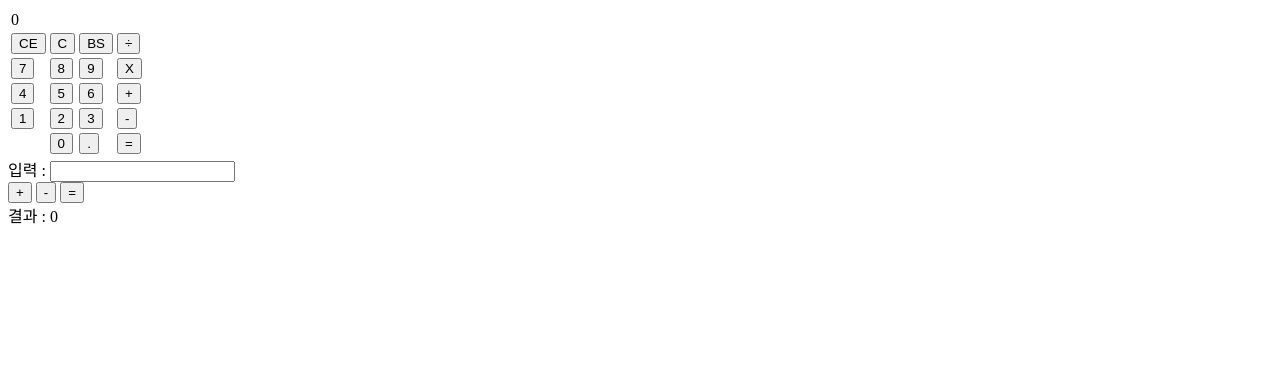
Repository: SongYG77/JSP-Servlet-practice
Page: JSPPrj/WebContent/calc2.html
An editor plug-in stored every save of this project. The page is shown before and after the next save, followed by the edit.
The browser window is 1280 px wide. The pictures show the whole page.

Above is the page before, as saved 2021-01-20 03:23:42.

### JSPPrj/WebContent/calc2.html
<!DOCTYPE html>
<html>
<head>
<meta charset="UTF-8">
<title>Insert title here</title>
</head>
<body>
	<form action = "calc2" method = "post">
	<table>
		<tr>
			<td colspan="4">0</td>
		</tr>
		<tr>
			<td><input type="submit" name = "button" value = "CE"></td>
			<td><input type="submit" name = "button" value = "C"></td>
			<td><input type="submit" name = "button" value = "BS"></td>
			<td><input type="submit" name = "button" value = "÷"></td>
		</tr>
		<tr>
			<td><input type="submit" name = "button" value = "7"></td>
			<td><input type="submit" name = "button" value = "8"></td>
			<td><input type="submit" name = "button" value = "9"></td>
			<td><input type="submit" name = "button" value = "X"></td>
		</tr>
		<tr>
			<td><input type="submit" name = "button" value = "4"></td>
			<td><input type="submit" name = "button" value = "5"></td>
			<td><input type="submit" name = "button" value = "6"></td>
			<td><input type="submit" name = "button" value = "+"></td>
		</tr>
		<tr>
			<td><input type="submit" name = "button" value = "1"></td>
			<td><input type="submit" name = "button" value = "2"></td>
			<td><input type="submit" name = "button" value = "3"></td>
			<td><input type="submit" name = "button" value = "-"></td>
		</tr>
		<tr>
			<td></td>
			<td><input type="submit" name = "button" value = "0"></td>
			<td><input type="submit" name = "button" value = "."></td>
			<td><input type="submit" name = "button" value = "="></td>
		</tr>

	</table>
		<div>
			<label>입력 : </label>
			<input type = "text" name = "v">
		</div>
		<div>
			<input type="submit" name = "button" value = "+">
			<input type="submit" name = "button" value = "-">
			<input type="submit" name = "button" value = "=">
		</div>
		<div>
			결과 : 0
		</div>
	</form>
</body>
</html>

After the next save:
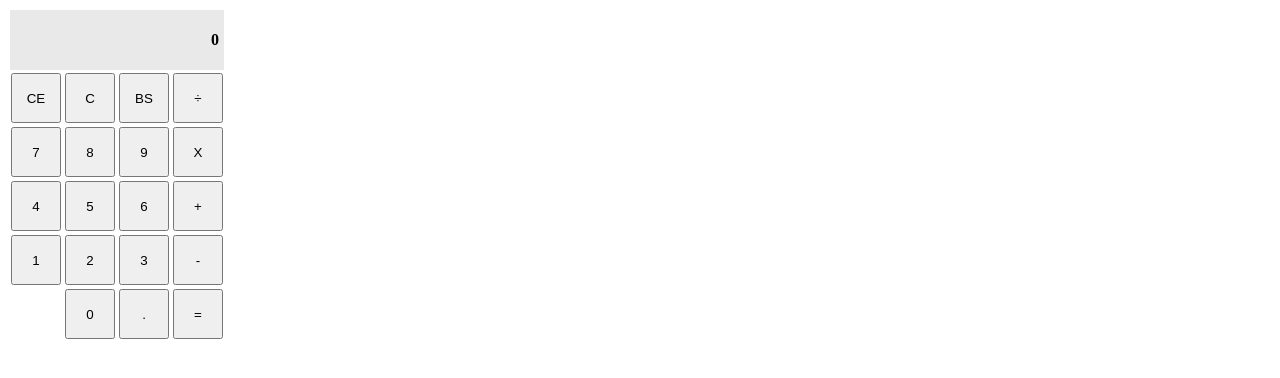
Saved 3 min 23 s later.
--- a/JSPPrj/WebContent/calc2.html
+++ b/JSPPrj/WebContent/calc2.html
@@ -3,12 +3,27 @@
 <head>
 <meta charset="UTF-8">
 <title>Insert title here</title>
+<style>
+	input{
+		width : 50px;
+		height : 50px;
+	}
+
+	.output{
+		height : 50px;
+		background : #e9e9e9;
+		fontsize : 24px;
+		font-weight : bold;
+		text-align: right;
+		padding : 5px;
+	}
+</style>
 </head>
 <body>
 	<form action = "calc2" method = "post">
 	<table>
 		<tr>
-			<td colspan="4">0</td>
+			<td class = "output" colspan="4">0</td>
 		</tr>
 		<tr>
 			<td><input type="submit" name = "button" value = "CE"></td>
@@ -42,18 +57,6 @@
 		</tr>
 
 	</table>
-		<div>
-			<label>입력 : </label>
-			<input type = "text" name = "v">
-		</div>
-		<div>
-			<input type="submit" name = "button" value = "+">
-			<input type="submit" name = "button" value = "-">
-			<input type="submit" name = "button" value = "=">
-		</div>
-		<div>
-			결과 : 0
-		</div>
 	</form>
 </body>
 </html>
